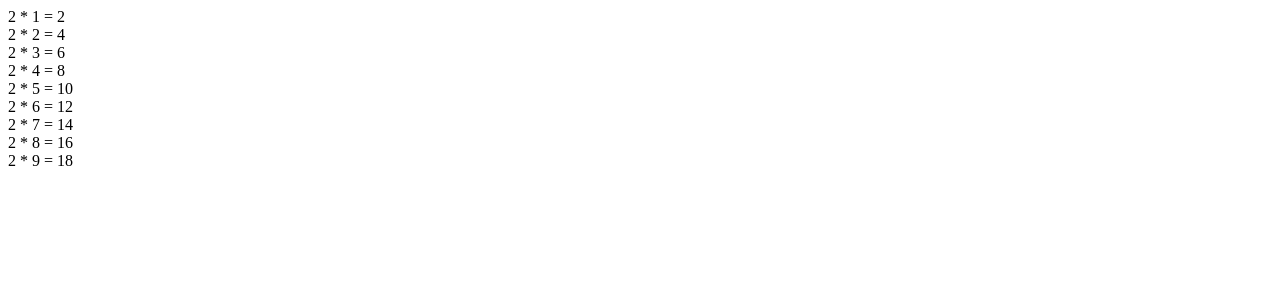
Repository: developedbyssony/JSP
Page: http://localhost/JSPbasic/jsptag/tag_quiz3.jsp
The author's editor kept a copy of each file at every save. The page is drawn from the files as they stood at one save, then again after the next save.
The browser window is 1280 px wide. The pictures show the whole page.
The page is served by Tomcat 9.

Above is the page before, as saved 2022-03-23 10:16:03.

After the next save:
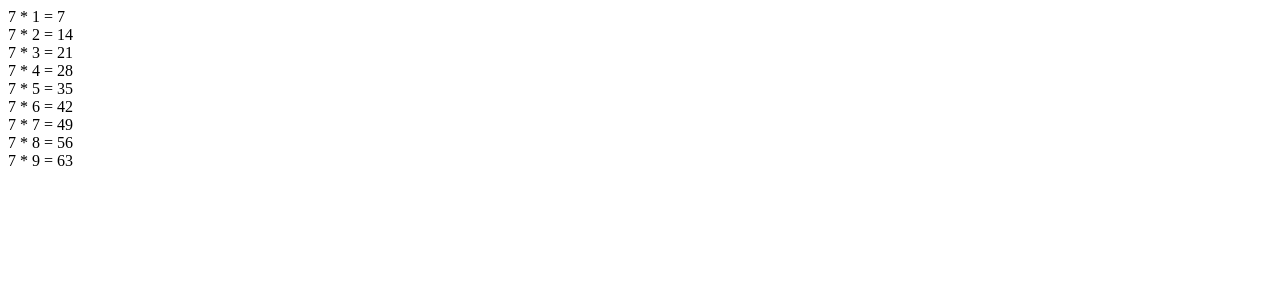
Saved 81 s later.
--- a/JSPbasic/src/main/webapp/jsptag/tag_quiz3.jsp
+++ b/JSPbasic/src/main/webapp/jsptag/tag_quiz3.jsp
@@ -8,7 +8,7 @@
 </head>
 <body>
 	<%
-	 int j = (int)(Math.random()) * 9 + 2;
+	 int j = (int)(Math.random() * 10);
 	%>
 	<% for(int i=1; i<10; i++) { %>
 			<%= j %> * <%= i %> = <%= j * i %>
